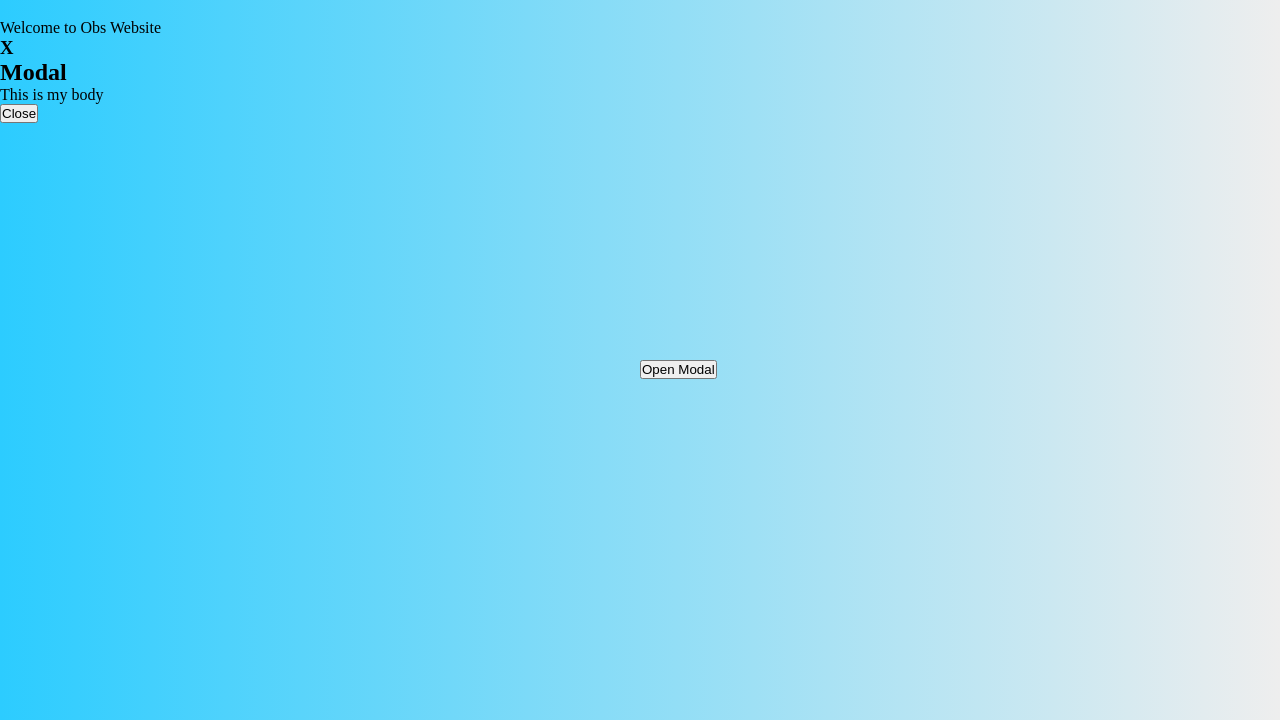
Repository: lausamtuong/Modal_card
Page: index.html
The author's editor kept a copy of each file at every save. The page is drawn from the files as they stood at one save, then again after a run of saves.
The browser window is 1280 px wide. The pictures show the whole page.
The style sheet was rebuilt from its Sass, Less or Tailwind sources for each picture, by a compiler version that may differ from the author's.

Above is the page before, as saved 2021-12-14 21:29:32.

### index.html
<!DOCTYPE html>
<html lang="en">
<head>
    <meta charset="UTF-8">
    <meta http-equiv="X-UA-Compatible" content="IE=edge">
    <meta name="viewport" content="width=device-width, initial-scale=1.0">
    <link rel="stylesheet" href="style.css">
    <title>Document</title>
</head>
<body>
    <button class="open__btn">Open Modal</button>
    <div class="modal">
        <div class="modal__inner">
            <div class="modal__heade">
                <p>Welcome to Obs Website</p>
                <h3>X</h3>
            </div>
            <div class="modal__body">
                <h2>Modal</h2>
                <p>This is my body</p>
            </div>
            <div class="modal__footer">
                <button class="modal__close-btn">Close</button>
            </div>
        </div>
    </div>
</body>
</html>

### style.scss
*{
    margin: 0;
    padding: 0;
    box-sizing: border-box;
}
body{
    height: 100vh;
    background:  linear-gradient( to right,#2cccff ,#eee );;
}
.open__btn{
     position: relative;;
   top:50%;
   left:50%;
}

After the next 5 saves:
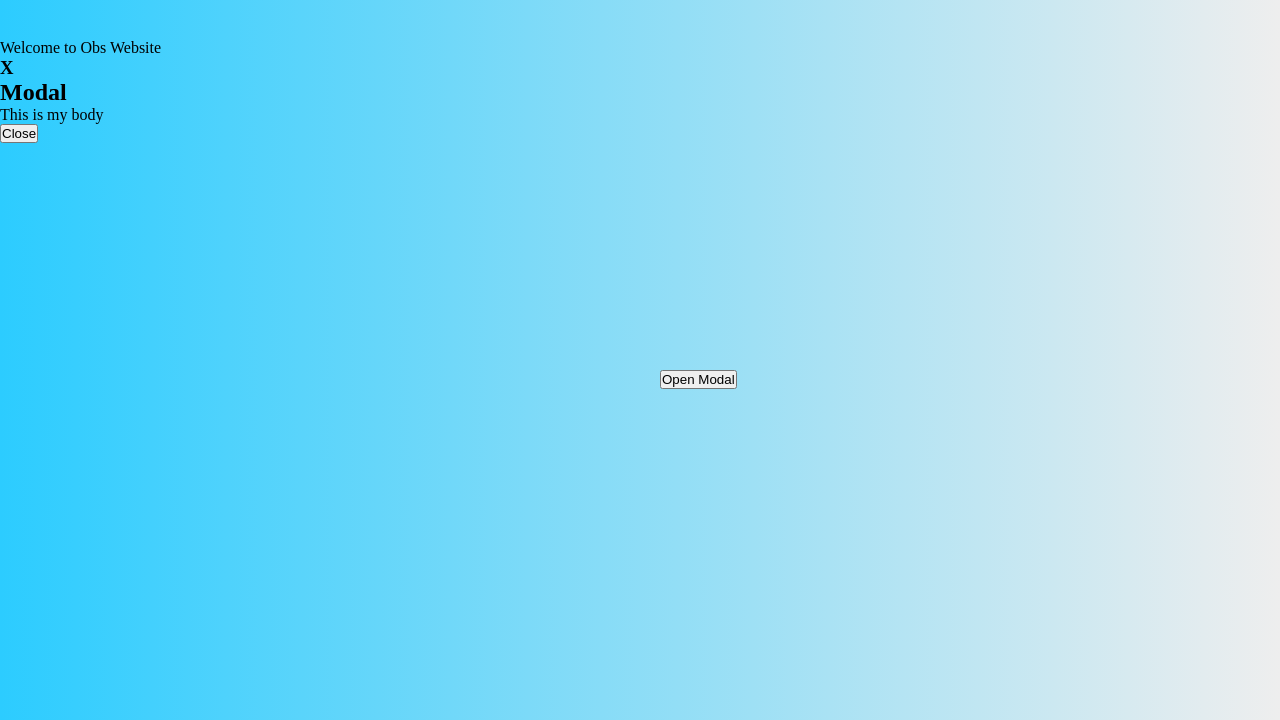
The 5 saves are shown as one change because they came seconds apart.
The last was saved 16 s later.
--- a/style.scss
+++ b/style.scss
@@ -11,4 +11,6 @@ body{
      position: relative;;
    top:50%;
    left:50%;
+   outline: none;
+   margin : 10px 20px;
 }
